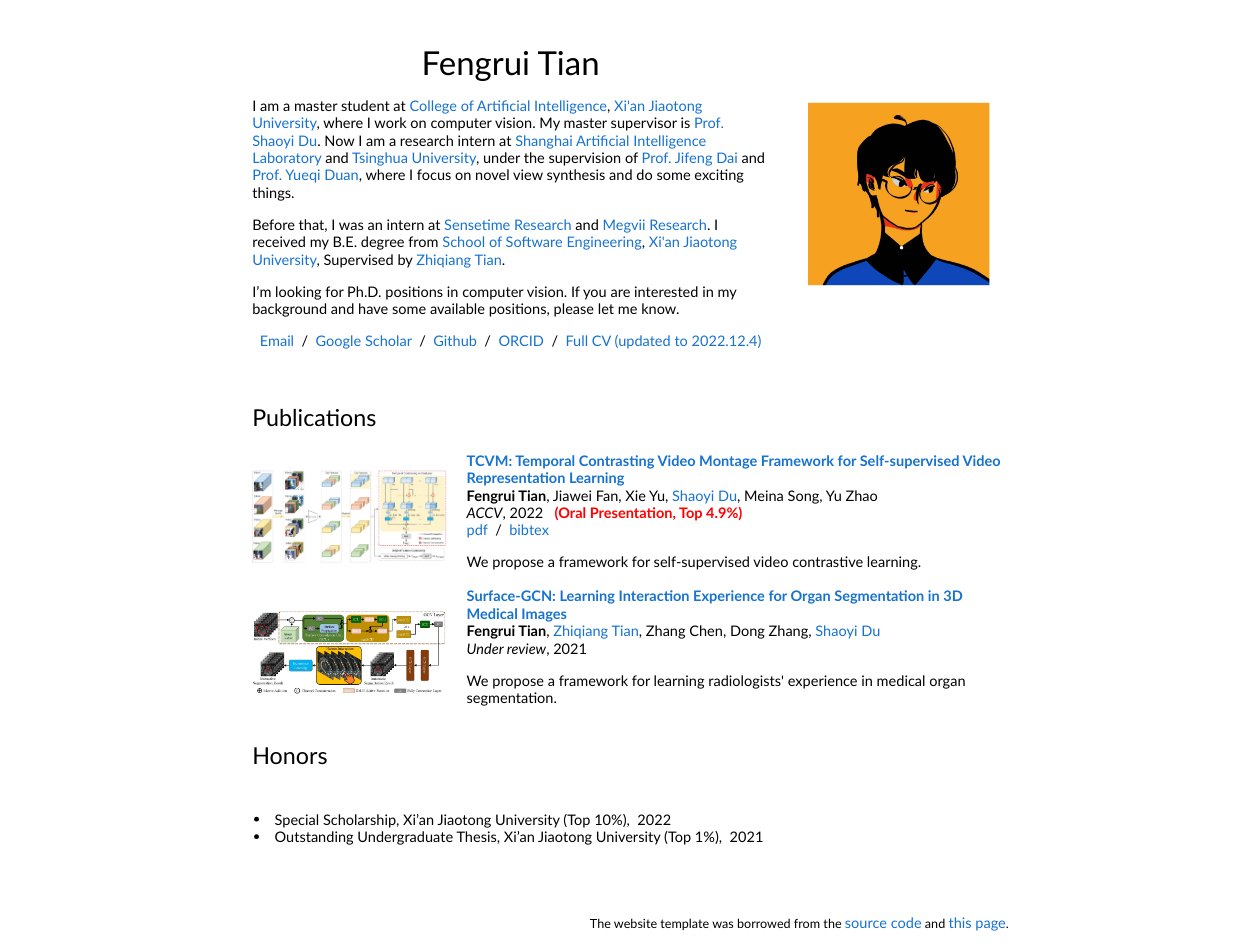
Repository: tianfr/tianfr.github.io
Page: index.html
These files come from the project's save history. The page is drawn as it stood at one moment and after the next save; the edit follows.
The browser window is 1280 px wide. The pictures show the whole page, at 97% of full size.

Above is the page before, as saved 2022-12-04 20:42:04.

### index.html
<!DOCTYPE HTML>
<html lang="en"><head><meta http-equiv="Content-Type" content="text/html; charset=UTF-8">

  <title>Fengrui Tian </title>

  <meta name="author" content="Fengrui Tian">
  <meta name="viewport" content="width=device-width, initial-scale=1">

  <link rel="stylesheet" type="text/css" href="stylesheet.css">
	<link rel="icon" href="data:[embedded picture, 141 characters]">
</head>

<body>
  <table style="width:100%;max-width:800px;border:0px;border-spacing:0px;border-collapse:separate;margin-right:auto;margin-left:auto;"><tbody>
    <tr style="padding:0px">
      <td style="padding:0px">
        <table style="width:100%;border:0px;border-spacing:0px;border-collapse:separate;margin-right:auto;margin-left:auto;"><tbody>
          <tr style="padding:0px">
            <td style="padding:2.5%;width:63%;vertical-align:middle">
              <p style="text-align:center">
                <name>
                  Fengrui Tian
                  <!-- <font face="KaiTi" size="6">田丰瑞</font> -->
                </name>
              </p>
              <p>I am a master student at <a href="http://iair.xjtu.edu.cn/">College of Artificial Intelligence</a>, <a href="http://www.xjtu.edu.cn/">Xi'an Jiaotong University</a>, where I work on computer vision. My master supervisor is <a href="https://gr.xjtu.edu.cn/en/web/dushaoyi/home">Prof. Shaoyi Du</a>. Now I am a research intern at <a href="https://www.shlab.org.cn/">Shanghai Artificial Intelligence Laboratory</a> and <a href="https://www.tsinghua.edu.cn/">Tsinghua University</a>, under the supervision of <a href="https://jifengdai.org/">Prof. Jifeng Dai</a> and  <a href="https://duanyueqi.github.io/">Prof. Yueqi Duan</a>, where I focus on novel view synthesis and do some exciting things.
              </p>
              <p> Before that, I was an intern at <a href="https://www.sensetime.com/">Sensetime Research</a> and
                <a href="https://www.megvii.com/">Megvii Research</a>. I received my B.E. degree from  <a href="https://blog.google/products/google-ar-vr/introducing-next-generation-jump/">School of Software Engineering</a>, <a href="http://www.xjtu.edu.cn/">Xi'an Jiaotong University</a>, Supervised by <a href="https://gr.xjtu.edu.cn/en/web/zhiqiangtian/home">Zhiqiang Tian</a>.
              </p>
              <p>  I’m looking for Ph.D. positions in computer vision. If you are interested in my background and have some available positions, please let me know.
              </p>
              <p style="text-align:center">
                <a href="mailto:tianfr@stu.xjtu.edu.cn">Email</a> &nbsp/&nbsp
                <!-- <a href="data/JonBarron-CV.pdf">CV</a> &nbsp/&nbsp -->
                <!-- <a href="data/JonBarron-bio.txt">Bio</a> &nbsp/&nbsp -->
                <a href="https://scholar.google.com/citations?hl=en&user=jQ5a6axA_XEC">Google Scholar</a> &nbsp/&nbsp
                <!-- <a href="https://twitter.com/jon_barron">Twitter</a> &nbsp/&nbsp -->
                <a href="https://github.com/tianfr/">Github</a> &nbsp/&nbsp
                <a href="https://orcid.org/0000-0002-9577-5276">ORCID</a> &nbsp/&nbsp
                <a href="data/CV_Fengrui_Tian_2022_12_4.pdf">Full CV (updated to 2022.12.4)</a>

              </p>
            </td>
            <td style="padding:2.5%;width:25%;max-width:25%">
              <a href="images/Fengrui_Tian_avatar.jpg"><img style="width:100%;max-width:100%" alt="profile photo" src="images/Fengrui_Tian_avatar.jpg" class="hoverZoomLink"></a>
            </td>
          </tr>
        <!-- </tbody></table>
        <table style="width:100%;border:0px;border-spacing:0px;border-collapse:separate;margin-right:auto;margin-left:auto;"><tbody>
            <tr>
            <td style="padding:20px;width:100%;vertical-align:middle">
              <heading>Research</heading>
              <p>
                I'm interested in computer vision, machine learning, optimization, and image processing. Much of my research is about inferring the physical world (shape, motion, color, light, etc) from images. Representative papers are <span class="highlight">highlighted</span>.
              </p>
            </td>
          </tr>
        </tbody></table> -->
        <table width="100%" align="center" border="0" cellspacing="0" cellpadding="20"><tbody>
          <tr>
            <td>
              <heading>Publications</heading>
            </td>
          </tr>
        </tbody></table>
        <table style="width:100%;border:0px;border-spacing:0px;border-collapse:separate;margin-right:auto;margin-left:auto;"><tbody>

          <tr onmouseout="dreamfusion_stop()" onmouseover="dreamfusion_start()">
            <td style="padding:20px;width:25%;vertical-align:middle">
              <img src="images/tcvm_overview.jpg" alt="prl" width="200" height="95">
            </td>
            <!-- <td style="padding:20px;width:25%;vertical-align:middle">
              <div class="one">
                <div class="two" id='dreamfusion_image'><video  width=100% height=100% muted autoplay loop>
                <source src="images/dreamfusion.mp4" type="video/mp4">
                Your browser does not support the video tag.
                </video></div>
                <img src='images/tcvm_overview.jpg' width="160">
              </div>
              <script type="text/javascript">
                function dreamfusion_start() {
                  document.getElementById('dreamfusion_image').style.opacity = "1";
                }

                function dreamfusion_stop() {
                  document.getElementById('dreamfusion_image').style.opacity = "0";
                }
                dreamfusion_stop()
              </script>
            </td> -->
            <!-- <td style="padding:20px;width:75%;vertical-align:middle"> -->
            <td width="75%" valign="middle">
              <a href="paper/Tian_TCVM_Temporal_Contrasting_Video_Montage_Framework_for_Self-supervised_Video_Representation_ACCV_2022_paper.pdf">
                <papertitle>TCVM: Temporal Contrasting Video Montage Framework for Self-supervised Video Representation Learning</papertitle>
              </a>
              <br>
              <strong>Fengrui Tian</strong>,
              Jiawei Fan,
              Xie Yu,
              <a href="https://gr.xjtu.edu.cn/en/web/dushaoyi/home">Shaoyi Du</a>,
              Meina Song,
              Yu Zhao
              <br>
              <em>ACCV</em>, 2022 &nbsp <font color="red"><strong>(Oral Presentation, Top 4.9%)</strong></font>
              <br>
              <a href="paper/Tian_TCVM_Temporal_Contrasting_Video_Montage_Framework_for_Self-supervised_Video_Representation_ACCV_2022_paper.pdf">pdf</a>  &nbsp/&nbsp
              <a href="data/accv22TCVM.bib">bibtex</a>
              <p></p>
              <p>
              We propose a framework for self-supervised video contrastive learning.
              </p>
            </td>
          </tr>


          <tr>
            <td style="padding:20px;width:25%;vertical-align:middle">
              <img src="images/surfacegcn.jpg" alt="prl" width="200" height="85">
            </td>
            <td width="75%" valign="middle">
              <a href="">
                <papertitle>Surface-GCN: Learning Interaction Experience for Organ Segmentation in 3D Medical Images</papertitle>
              </a>
              <br>
              <strong>Fengrui Tian</strong>,
              <a href="https://gr.xjtu.edu.cn/en/web/zhiqiangtian/home">Zhiqiang Tian</a>,
              Zhang Chen,
              Dong Zhang,
              <a href="https://gr.xjtu.edu.cn/en/web/dushaoyi/home">Shaoyi Du</a>
              <br>
              <em>Under review</em>, 2021
              <br>
              <!-- <a href="data/BarronPRL2009.bib">bibtex</a> -->
              <p>We propose a framework for learning radiologists' experience in medical organ segmentation.</p>
            </td>
          </tr>

        </tbody></table>


        <table width="100%" align="center" border="0" cellspacing="0" cellpadding="20"><tbody>
          <tr>
            <td>
              <heading>Honors</heading>
            </td>
          </tr>
        </tbody></table>
        <table width="100%" align="center" border="0" cellpadding="20"><tbody>
          <tr>
            <td style="padding:20px;width:100%;vertical-align:middle">
              <li>Special Scholarship, Xi’an Jiaotong University (Top 10%),&nbsp; 2022 </li>
              <li>Outstanding Undergraduate Thesis, Xi’an Jiaotong University (Top 1%),&nbsp; 2021 </li> <br>
          </td>

          </tr>


        </tbody></table>
        <table style="width:100%;border:0px;border-spacing:0px;border-collapse:separate;margin-right:auto;margin-left:auto;"><tbody>
          <tr>
            <td style="padding:0px">
              <br>
              <p style="text-align:right;font-size:small;">
                The website template was borrowed from the <a href="https://github.com/jonbarron/website">source code</a> and <a href="https://jonbarron.info/"> this page</a>.
              </p>
            </td>
          </tr>
        </tbody></table>
      </td>
    </tr>
  </table>
</body>

</html>

### stylesheet.css
/* latin-ext */
@font-face {
  font-family: 'Lato';
  font-style: italic;
  font-weight: 400;
  src: local('Lato Italic'), local('Lato-Italic'), url(https://fonts.gstatic.com/s/lato/v15/S6u8w4BMUTPHjxsAUi-qNiXg7eU0.woff2) format('woff2');
  unicode-range: U+0100-024F, U+0259, U+1E00-1EFF, U+2020, U+20A0-20AB, U+20AD-20CF, U+2113, U+2C60-2C7F, U+A720-A7FF;
}
/* latin */
@font-face {
  font-family: 'Lato';
  font-style: italic;
  font-weight: 400;
  src: local('Lato Italic'), local('Lato-Italic'), url(https://fonts.gstatic.com/s/lato/v15/S6u8w4BMUTPHjxsAXC-qNiXg7Q.woff2) format('woff2');
  unicode-range: U+0000-00FF, U+0131, U+0152-0153, U+02BB-02BC, U+02C6, U+02DA, U+02DC, U+2000-206F, U+2074, U+20AC, U+2122, U+2191, U+2193, U+2212, U+2215, U+FEFF, U+FFFD;
}
/* latin-ext */
@font-face {
  font-family: 'Lato';
  font-style: italic;
  font-weight: 700;
  src: local('Lato Bold Italic'), local('Lato-BoldItalic'), url(https://fonts.gstatic.com/s/lato/v15/S6u_w4BMUTPHjxsI5wq_FQftx9897sxZ.woff2) format('woff2');
  unicode-range: U+0100-024F, U+0259, U+1E00-1EFF, U+2020, U+20A0-20AB, U+20AD-20CF, U+2113, U+2C60-2C7F, U+A720-A7FF;
}
/* latin */
@font-face {
  font-family: 'Lato';
  font-style: italic;
  font-weight: 700;
  src: local('Lato Bold Italic'), local('Lato-BoldItalic'), url(https://fonts.gstatic.com/s/lato/v15/S6u_w4BMUTPHjxsI5wq_Gwftx9897g.woff2) format('woff2');
  unicode-range: U+0000-00FF, U+0131, U+0152-0153, U+02BB-02BC, U+02C6, U+02DA, U+02DC, U+2000-206F, U+2074, U+20AC, U+2122, U+2191, U+2193, U+2212, U+2215, U+FEFF, U+FFFD;
}
/* latin-ext */
@font-face {
  font-family: 'Lato';
  font-style: normal;
  font-weight: 400;
  src: local('Lato Regular'), local('Lato-Regular'), url(https://fonts.gstatic.com/s/lato/v15/S6uyw4BMUTPHjxAwXiWtFCfQ7A.woff2) format('woff2');
  unicode-range: U+0100-024F, U+0259, U+1E00-1EFF, U+2020, U+20A0-20AB, U+20AD-20CF, U+2113, U+2C60-2C7F, U+A720-A7FF;
}
/* latin */
@font-face {
  font-family: 'Lato';
  font-style: normal;
  font-weight: 400;
  src: local('Lato Regular'), local('Lato-Regular'), url(https://fonts.gstatic.com/s/lato/v15/S6uyw4BMUTPHjx4wXiWtFCc.woff2) format('woff2');
  unicode-range: U+0000-00FF, U+0131, U+0152-0153, U+02BB-02BC, U+02C6, U+02DA, U+02DC, U+2000-206F, U+2074, U+20AC, U+2122, U+2191, U+2193, U+2212, U+2215, U+FEFF, U+FFFD;
}
/* latin-ext */
@font-face {
  font-family: 'Lato';
  font-style: normal;
  font-weight: 700;
  src: local('Lato Bold'), local('Lato-Bold'), url(https://fonts.gstatic.com/s/lato/v15/S6u9w4BMUTPHh6UVSwaPGQ3q5d0N7w.woff2) format('woff2');
  unicode-range: U+0100-024F, U+0259, U+1E00-1EFF, U+2020, U+20A0-20AB, U+20AD-20CF, U+2113, U+2C60-2C7F, U+A720-A7FF;
}
/* latin */
@font-face {
  font-family: 'Lato';
  font-style: normal;
  font-weight: 700;
  src: local('Lato Bold'), local('Lato-Bold'), url(https://fonts.gstatic.com/s/lato/v15/S6u9w4BMUTPHh6UVSwiPGQ3q5d0.woff2) format('woff2');
  unicode-range: U+0000-00FF, U+0131, U+0152-0153, U+02BB-02BC, U+02C6, U+02DA, U+02DC, U+2000-206F, U+2074, U+20AC, U+2122, U+2191, U+2193, U+2212, U+2215, U+FEFF, U+FFFD;
}

a {
  color: #1772d0;
  text-decoration: none;
}

a:focus,
a:hover {
  color: #f09228;
  text-decoration: none;
}

body,
td,
th,
tr,
p,
a {
  font-family: 'Lato', Verdana, Helvetica, sans-serif;
  font-size: 15px
}

strong {
  font-family: 'Lato', Verdana, Helvetica, sans-serif;
  font-size: 15px;
}

heading {
  font-family: 'Lato', Verdana, Helvetica, sans-serif;
  font-size: 24px;
}

papertitle {
  font-family: 'Lato', Verdana, Helvetica, sans-serif;
  font-size: 15px;
  font-weight: 700
}

name {
  font-family: 'Lato', Verdana, Helvetica, sans-serif;
  font-size: 34px;
}

.one {
  width: 160px;
  height: 160px;
  position: relative;
}

.two {
  width: 160px;
  height: 160px;
  position: absolute;
  transition: opacity .2s ease-in-out;
  -moz-transition: opacity .2s ease-in-out;
  -webkit-transition: opacity .2s ease-in-out;
}

.fade {
  transition: opacity .2s ease-in-out;
  -moz-transition: opacity .2s ease-in-out;
  -webkit-transition: opacity .2s ease-in-out;
}

span.highlight {
  background-color: #ffffd0;
}

After the next save:
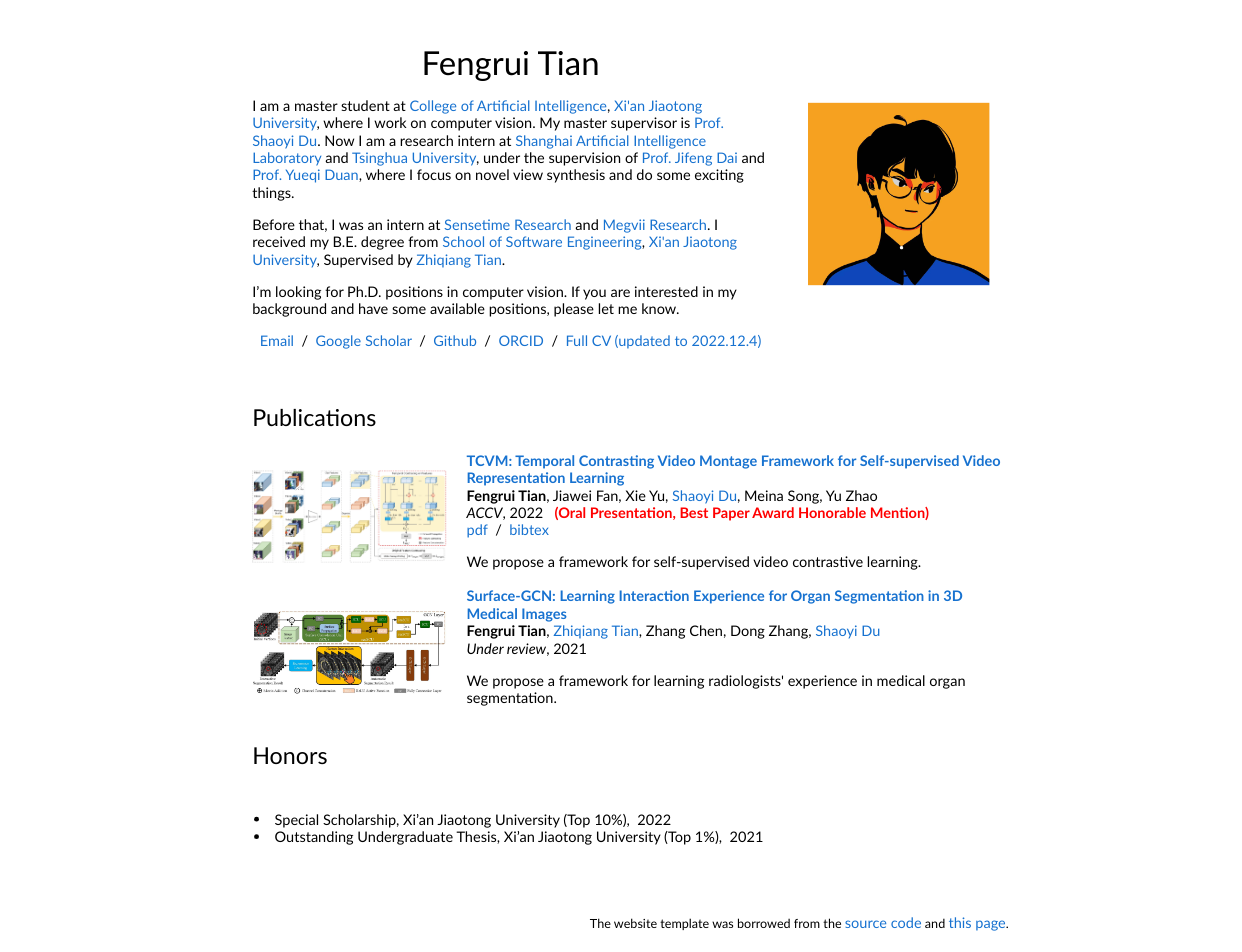
Saved 3 days later.
--- a/index.html
+++ b/index.html
@@ -102,7 +102,7 @@
               Meina Song,
               Yu Zhao
               <br>
-              <em>ACCV</em>, 2022 &nbsp <font color="red"><strong>(Oral Presentation, Top 4.9%)</strong></font>
+              <em>ACCV</em>, 2022 &nbsp <font color="red"><strong>(Oral Presentation, Best Paper Award Honorable Mention)</strong></font>
               <br>
               <a href="paper/Tian_TCVM_Temporal_Contrasting_Video_Montage_Framework_for_Self-supervised_Video_Representation_ACCV_2022_paper.pdf">pdf</a>  &nbsp/&nbsp
               <a href="data/accv22TCVM.bib">bibtex</a>
